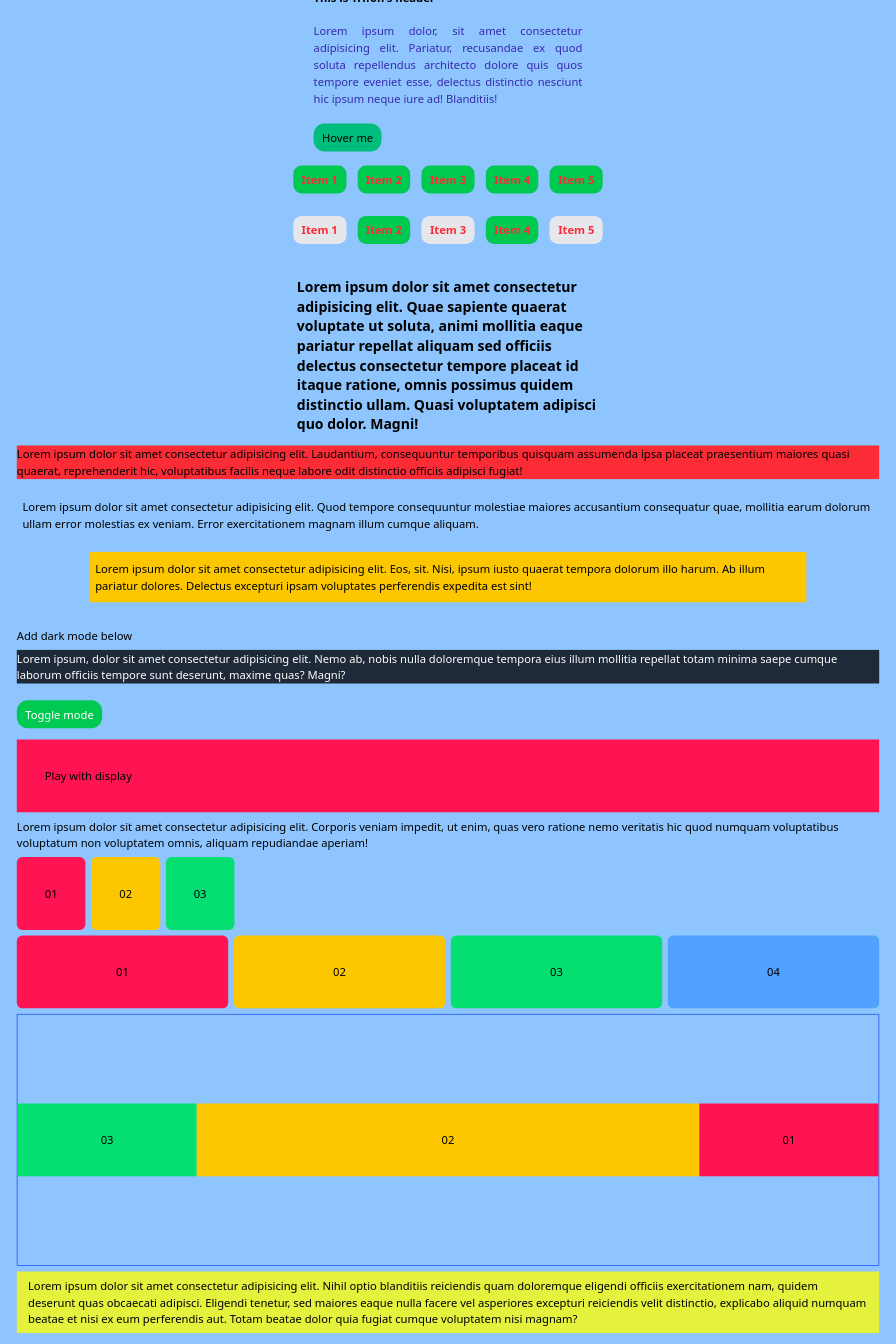
Repository: DinTri/TailwindCss
Page: index.html
An editor plug-in stored every save of this project. The page is shown before and after the next save, followed by the edit.
The browser window is 1280 px wide. The pictures show the part of the page from y = 2849 to 4769 px (the page is 4769 px tall), at 70% of full size.
Some web fonts or font styles are not loaded; a fallback is used.

Above is the page before, as saved 2025-06-16 21:20:35.

After the next save:
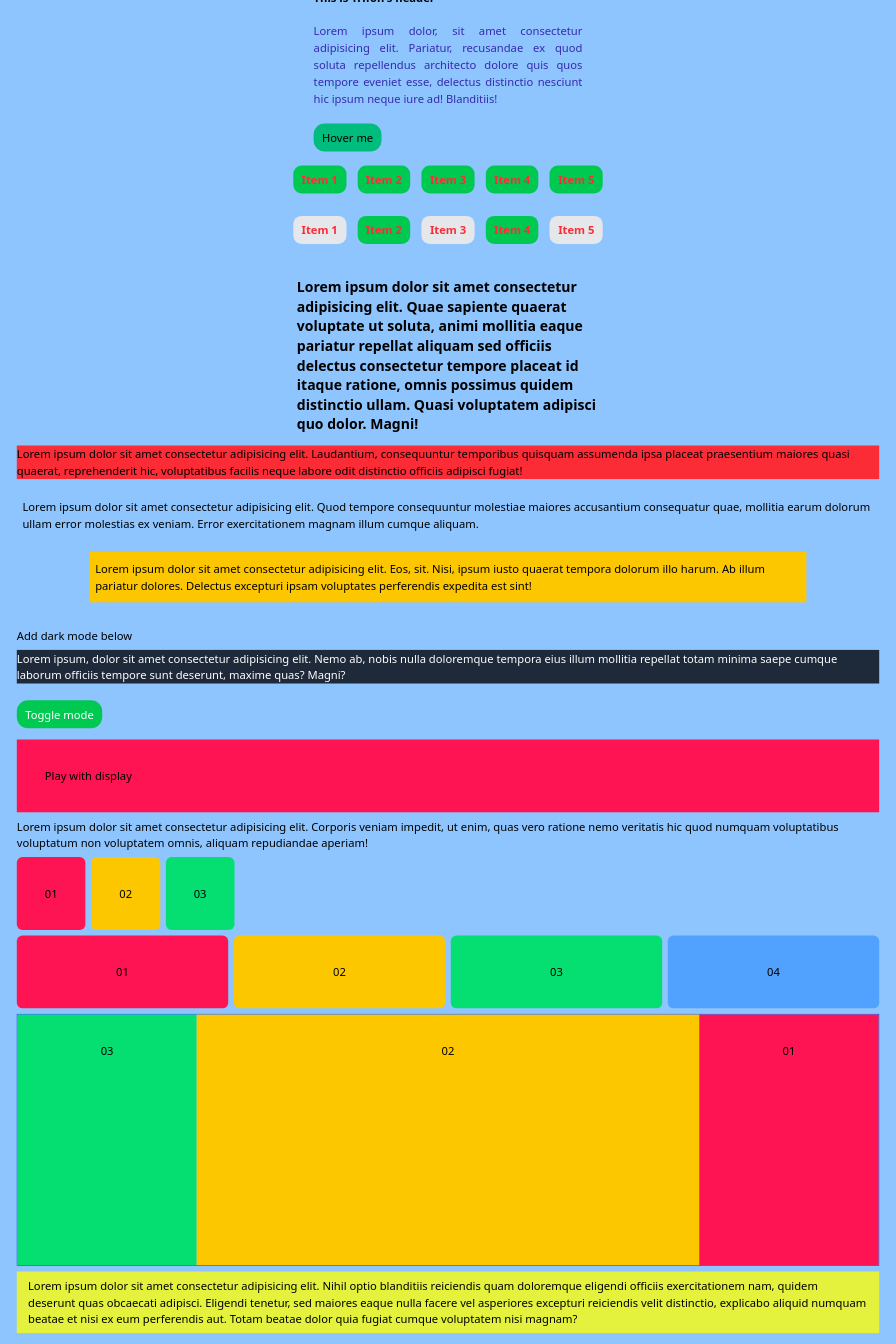
Saved 2 min 7 s later.
--- a/index.html
+++ b/index.html
@@ -167,8 +167,8 @@
     <div class="basis-128 p-10 bg-green-400">03</div>
     <div class="basis-128 p-10 bg-blue-400">04</div>
   </div>
-  <!--flex; flex-1; flex-auto; flex-shrink; flex-initial; flex-none-->
-  <div class="flex flex-row-reverse h-[50vh] justify-center items-center *:text-center border border-blue-700">
+  <!--flex; flex-1; flex-auto; flex-shrink; flex-initial; flex-none; justify-center items-center -->
+  <div class="flex flex-row-reverse h-[50vh]  *:text-center border border-blue-700">
     <div class="basis-64 p-10 bg-[#ff1453]">01</div>
     <div class="text-center grow basis-128 p-10 bg-yellow-400">02</div>
     <div class="basis-64 p-10 bg-green-400">03</div>

After the 5 saves that followed:
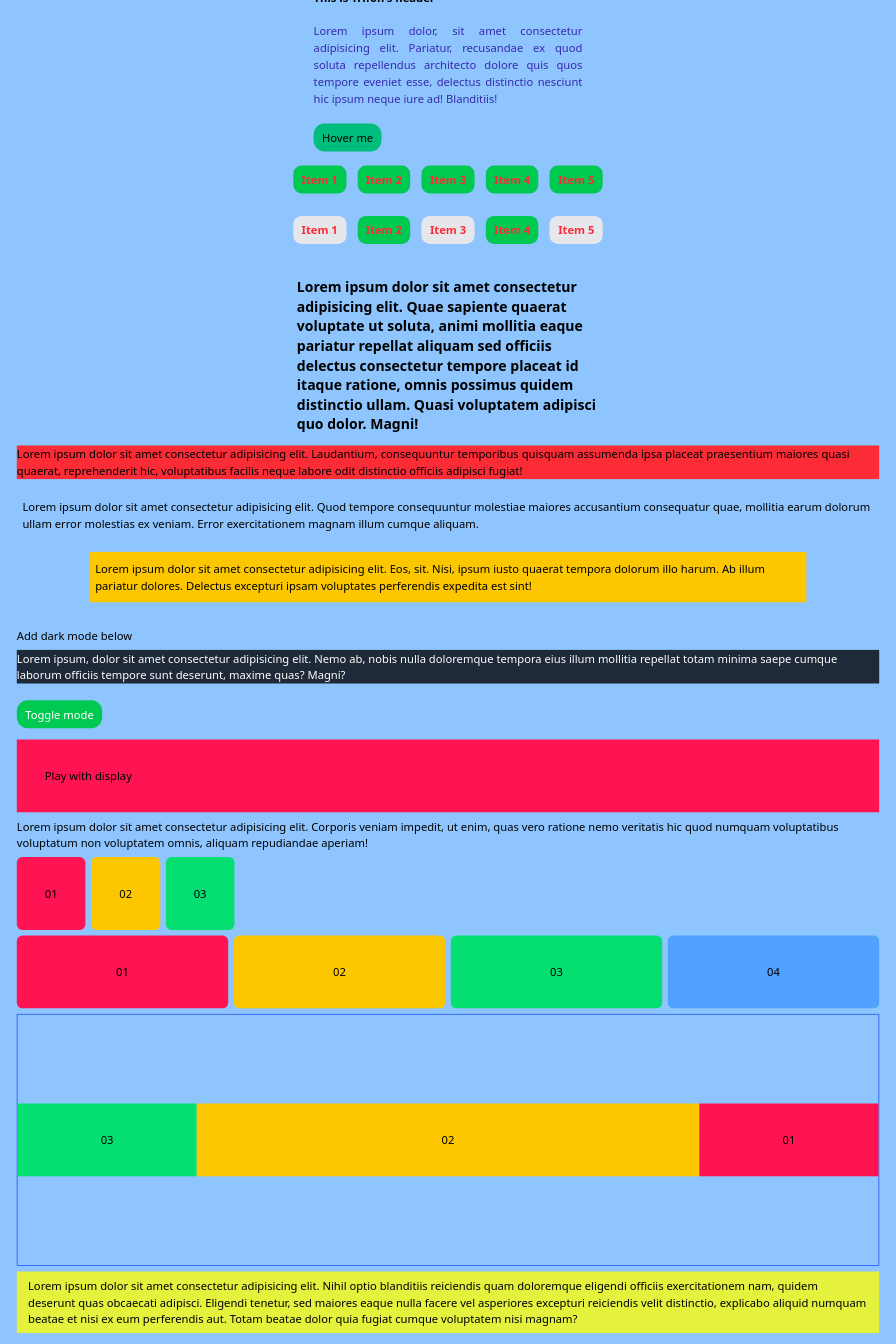
The 5 saves are shown as one change because 4 left the picture as it was.
The last was saved 3 min 32 s later.
--- a/index.html
+++ b/index.html
@@ -167,11 +167,11 @@
     <div class="basis-128 p-10 bg-green-400">03</div>
     <div class="basis-128 p-10 bg-blue-400">04</div>
   </div>
-  <!--flex; flex-1; flex-auto; flex-shrink; flex-initial; flex-none; justify-center items-center -->
-  <div class="flex flex-row-reverse h-[50vh]  *:text-center border border-blue-700">
-    <div class="basis-64 p-10 bg-[#ff1453]">01</div>
-    <div class="text-center grow basis-128 p-10 bg-yellow-400">02</div>
-    <div class="basis-64 p-10 bg-green-400">03</div>
+  <!--flex; flex-1; flex-auto; flex-shrink; flex-initial; flex-none;content-; justify-center items-center -->
+  <div class="flex flex-row-reverse h-[50vh] justify-center items-center *:text-center border border-blue-700">
+    <div class="basis-64 p-10 bg-[#ff1453] w-1/2">01</div>
+    <div class="text-center grow basis-128 p-10 w-1/2 bg-yellow-400">02</div>
+    <div class="basis-64 p-10 bg-green-400 w-1/2">03</div>
 </div>
   <div class="fixed top-0 left-0 right-0 p-6 mb-6 bg-blue-500">Fixed element</div>
   <div class="bg-avocado-400 mx-auto px-2 py-2 sm:px-2 md:px-3 lg:px-4">Lorem ipsum dolor sit amet consectetur adipisicing elit. Nihil optio blanditiis reiciendis quam doloremque eligendi officiis exercitationem nam, quidem deserunt quas obcaecati adipisci. Eligendi tenetur, sed maiores eaque nulla facere vel asperiores excepturi reiciendis velit distinctio, explicabo aliquid numquam beatae et nisi ex eum perferendis aut. Totam beatae dolor quia fugiat cumque voluptatem nisi magnam?</div>
